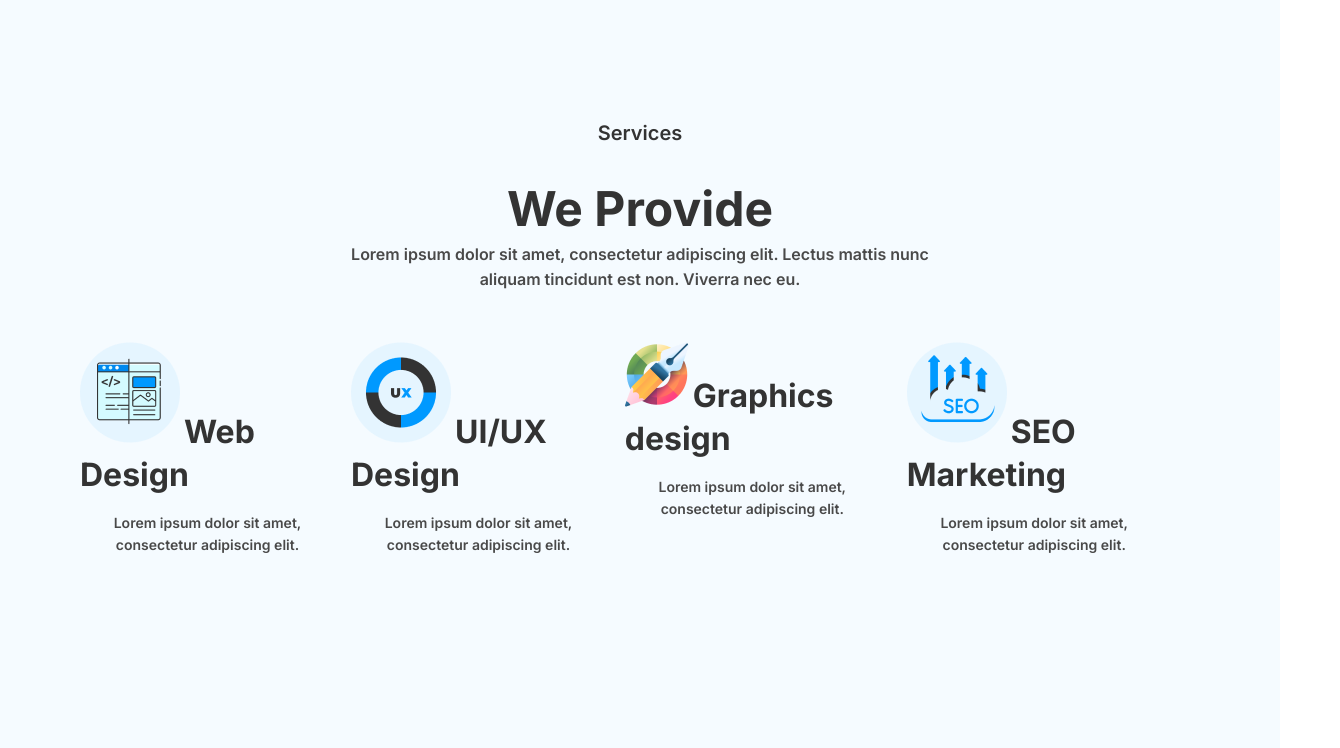
Repository: kubrazamanova/Agencywebsite
Page: servicePage/index.html
The author's editor kept a copy of each file at every save. The page is drawn from the files as they stood at one save, then again after the next save.
The browser window is 1280 px wide. The page is 1280 px wide, then 1340 px, so the pictures cover 1340 px, including what lies to the right of the window. The pictures show the whole page.

Above is the page before, as saved 2023-10-03 19:24:11.

After the next save:
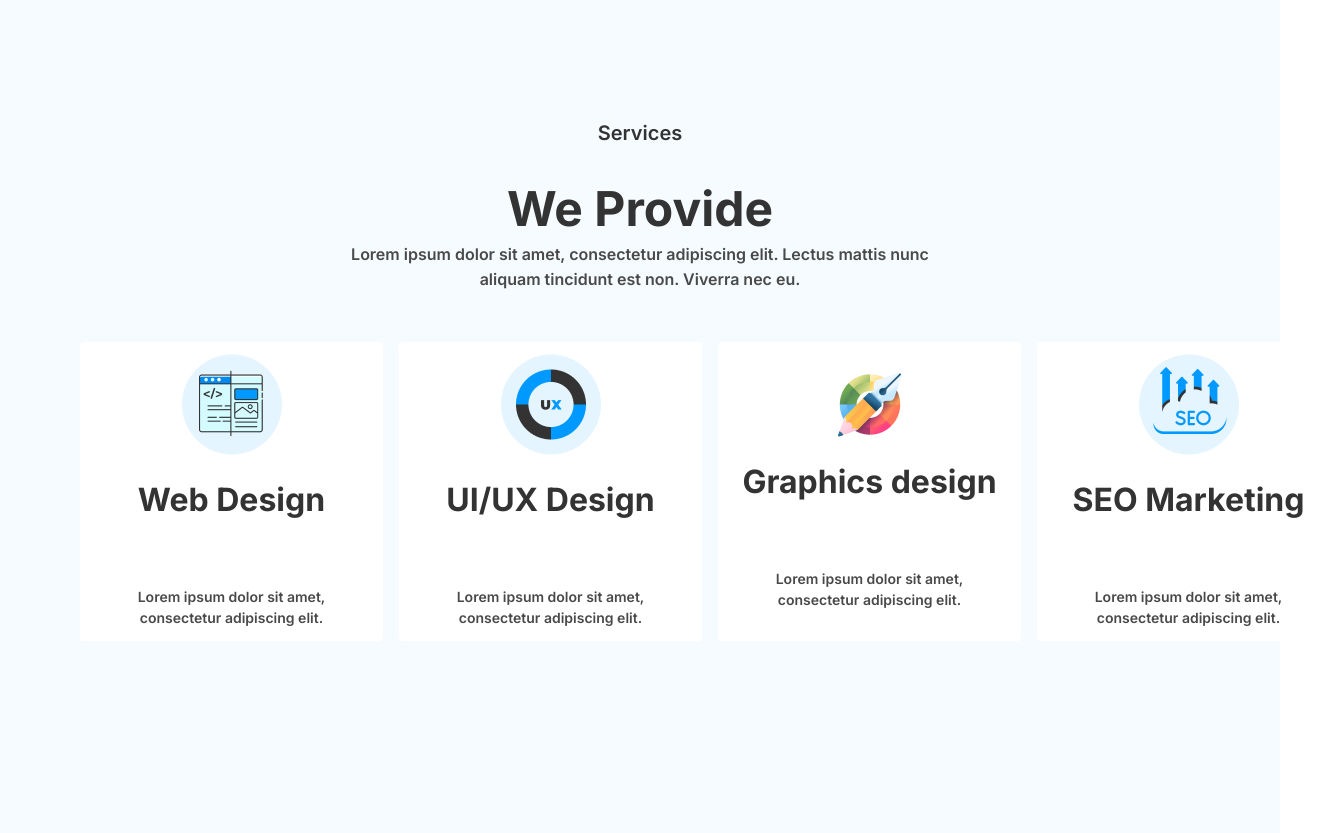
Saved 7 s later.
--- a/servicePage/index.css
+++ b/servicePage/index.css
@@ -61,7 +61,7 @@ ul li {
   margin-right: 16px;
 }
 
-.square {
+ul li {
   /* width: 308px;
   height: 342px; */
 
